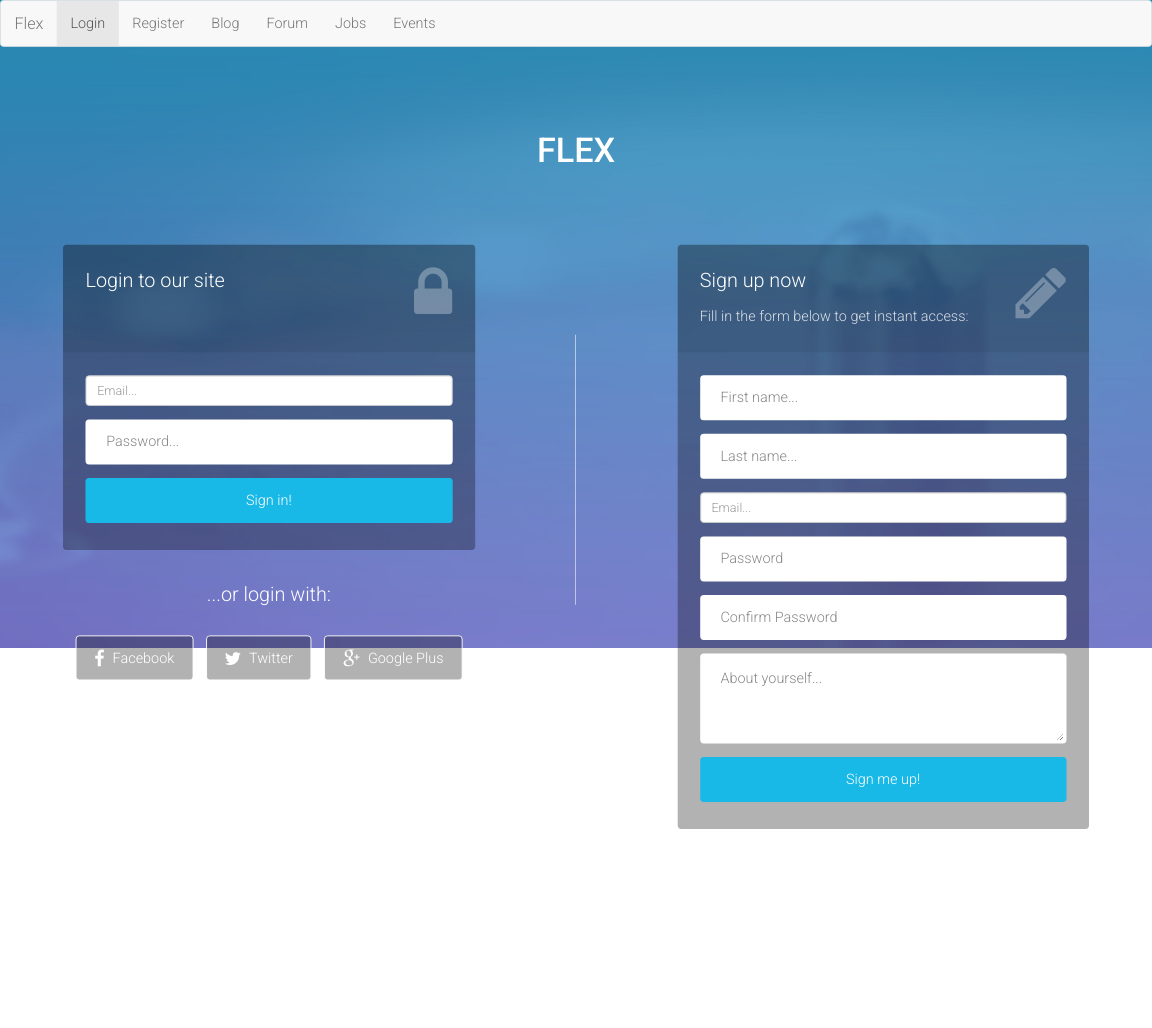
Repository: Angelamritha2012/Flex
Page: Collaboration/WebContent/index.html
These files come from the project's save history. The page is drawn as it stood at one moment and after the next save; the edit follows.
The browser window is 1280 px wide. The pictures show the whole page, at 90% of full size.
Some web libraries are served in a nearby version.

Above is the page before, as saved 2017-11-30 11:40:31.

### Collaboration/WebContent/index.html
<!DOCTYPE html>
<html ng-app="">

    <head>
   <!--  <link rel="stylesheet" href="https://cdnjs.cloudflare.com/ajax/libs/materialize/0.100.2/css/materialize.min.css">

  Compiled and minified JavaScript

   <script src="https://cdnjs.cloudflare.com/ajax/libs/materialize/0.100.2/js/materialize.min.js"></script>
            -->
      <script src = "http://ajax.googleapis.com/ajax/libs/angularjs/1.3.14/angular.min.js"></script>

        <meta charset="utf-8">
        <meta http-equiv="X-UA-Compatible" content="IE=edge">
        <meta name="viewport" content="width=device-width, initial-scale=1">
        <title>FLEX</title>

        <!-- CSS -->
        <link rel="stylesheet" href="http://fonts.googleapis.com/css?family=Roboto:400,100,300,500">
        <link rel="stylesheet" href="assets/bootstrap/css/bootstrap.min.css">
        <link rel="stylesheet" href="assets/font-awesome/css/font-awesome.min.css">
		<link rel="stylesheet" href="assets/css/form-elements.css">
        <link rel="stylesheet" href="assets/css/style.css">

        <!-- HTML5 Shim and Respond.js IE8 support of HTML5 elements and media queries -->
        <!-- WARNING: Respond.js doesn't work if you view the page via file:// -->
        <!--[if lt IE 9]>
            <script src="https://oss.maxcdn.com/libs/html5shiv/3.7.0/html5shiv.js"></script>
            <script src="https://oss.maxcdn.com/libs/respond.js/1.4.2/respond.min.js"></script>
        <![endif]-->

        <!-- Favicon and touch icons -->
        <link rel="shortcut icon" href="assets/ico/favicon.png">
        <link rel="apple-touch-icon-precomposed" sizes="144x144" href="assets/ico/apple-touch-icon-144-precomposed.png">
        <link rel="apple-touch-icon-precomposed" sizes="114x114" href="assets/ico/apple-touch-icon-114-precomposed.png">
        <link rel="apple-touch-icon-precomposed" sizes="72x72" href="assets/ico/apple-touch-icon-72-precomposed.png">
        <link rel="apple-touch-icon-precomposed" href="assets/ico/apple-touch-icon-57-precomposed.png">

    </head>

    <body>

<nav class="navbar navbar-default">
  <div class="container-fluid">
    <div class="navbar-header">
      <a class="navbar-brand" href="#">Flex</a>
    </div>
    <ul class="nav navbar-nav">
      <li class="active"><a href="#">Login</a></li>
      <li><a href="#">Register</a></li>
      <li><a href="blog.html">Blog</a></li>
      <li><a href="forum.html">Forum</a></li>
	        <li><a href="job.html">Jobs</a></li>
	        <li><a href="event.html">Events</a></li>

    </ul>
  </div>
</nav>

        <!-- Top content -->
        <div class="top-content">

            <div class="inner-bg">
                <div class="container">

                    <div class="row">
                        <div class="col-sm-8 col-sm-offset-2 text">
                            <h1><strong>FLEX</strong></h1>

                        </div>
                    </div>

                    <div class="row">
                        <div class="col-sm-5">

                        	<div class="form-box">
	                        	<div class="form-top">
	                        		<div class="form-top-left">
	                        			<h3>Login to our site</h3>
	                        		</div>
	                        		<div class="form-top-right">
	                        			<i class="fa fa-lock"></i>
	                        		</div>
	                            </div>
	                            <div class="form-bottom">
	                            <form  ng-app="myApp" ng-submit="submitForm()" name="myForm" novalidate>

				                    <div class="form-group" ng-class="{ 'has-error' : myForm.email.$invalid && !myForm.email.$pristine }">
				             <label class="sr-only" for="form-email">Email</label>
				                        	<input type="email" name="email" placeholder="Email..." class="form-email form-control" id="form-email" ng-model="email" required>
				                       <span style="color:white" ng-show="myForm.email.$dirty && myForm.email.$invalid">
  <span ng-show="myForm.email.$error.required">Email is required.</span>
  <span ng-show="myForm.email.$error.email">Invalid email address.</span>
  </span>
				                        </div>



				                        <div class="form-group">
				                        	<label class="sr-only" for="form-password">Password</label>
				                        	<input type="password" name="form-password" placeholder="Password..." class="form-password form-control" id="form-password">
				                        </div>
				                        <button type="submit" class="btn">Sign in!</button>
				                    </form>
			                    </div>
		                    </div>

		                	<div class="social-login">
	                        	<h3>...or login with:</h3>
	                        	<div class="social-login-buttons">
		                        	<a class="btn btn-link-2" href="#">
		                        		<i class="fa fa-facebook"></i> Facebook
		                        	</a>
		                        	<a class="btn btn-link-2" href="#">
		                        		<i class="fa fa-twitter"></i> Twitter
		                        	</a>
		                        	<a class="btn btn-link-2" href="#">
		                        		<i class="fa fa-google-plus"></i> Google Plus
		                        	</a>
	                        	</div>
	                        </div>

                        </div>
                        <div class="col-sm-1 middle-border"></div>
                        <div class="col-sm-1"></div>

                        <div class="col-sm-5">

                        	<div class="form-box">
                        		<div class="form-top">
	                        		<div class="form-top-left">
	                        			<h3>Sign up now</h3>
	                            		<p>Fill in the form below to get instant access:</p>
	                        		</div>
	                        		<div class="form-top-right">
	                        			<i class="fa fa-pencil"></i>
	                        		</div>
	                            </div>
	                            <div class="form-bottom">

<form name="userForm" ng-submit="submitForm()" novalidate>
				                    	<!-- <div class="form-group">
				                    		<!-- <label class="sr-only" for="form-first-name">First name</label>
				                        	<input type="text" name="first-name" placeholder="First name..." class="form-first-name form-control" id="form-first-name" ng-model = "firstName" required>
				                        	  <span style="color:red" ng-show="myForm.firstname.$dirty && myForm.firstname.$invalid">
  <span ng-show="myForm.firstname.$error.required">firstname is required.</span>
  </span>
				                       <input name = "firstname" type = "text" ng-model = "firstName" required>
                     <span style = "color:red" ng-show = "studentForm.firstname.$dirty && studentForm.firstname.$invalid">
                        <span ng-show = "Form.firstname.$error.required">First Name is required.</span>
                     </span>
				                        </div>
				                        <label>First Name:</label>
<input type="text" name="FirstName" ng-model="firstName" required />
<div ng-messages="myForm.firstName.$error">
  <div ng-message="required">This field is required</div>
</div>
				                        </div>
				                         -->
				                         <div class="form-group" ng-class="{ 'has-error' : userForm.name.$invalid && !userForm.name.$pristine }">
				                        	<label class="sr-only" for="form-firstname">First name</label>

            <input type="text" name="name" class="form-control" placeholder="First name..."ng-model="user.name" required>

            <p style="color:white" ng-show="userForm.name.$invalid && !userForm.name.$pristine" class="help-block">You first name is required.</p>
        </div>

				                       <div class="form-group" ng-class="{ 'has-error' : userForm.name.$invalid && !userForm.name.$pristine }">
				                        	<label class="sr-only" for="form-lastname">Last name</label>

            <input type="text" name="lastname" class="form-control" placeholder="Last name..."ng-model="user.lastname" required>

            <p style="color:white" ng-show="userForm.lastname.$invalid && !userForm.lastname.$pristine" class="help-block">You last name is required.</p>
        </div>
				                         <div class="form-group" ng-class="{ 'has-error' : userForm.email.$invalid && !userForm.email.$pristine }">
				                        	<label class="sr-only" for="form-email">Email</label>

            <input type="email" name="email" class="form-control" placeholder="Email..." ng-model="user.email" required >
              <span style="color:white" ng-show="userForm.email.$dirty && userForm.email.$invalid">

<span ng-show="userForm.email.$error.required">Email is required.</span>
  <span ng-show="userForm.email.$error.email">Invalid email address.</span>
  </span>
        </div>

										 <!-- <div class="form-group">
				                        	<label class="sr-only" for="password">PassWord</label>
				                        	<input type="text" name="form-password" placeholder="Password" class="form-password form-control" id="form-password">
				                        </div>

										<div class="form-group">
				                        	<label class="sr-only" for="confirm password">Confirm PassWord</label>
				                        	<input type="text" name="form-confirm-password" placeholder="Confirm Password" class="form-confirm-password form-control" id="form-confirm-password">
				                        </div> -->
				                         <div class="form-group">
        <input name="password" type="password" class="form-control" placeholder="Password" ng-model="formData.password" ng-pattern="/(?=.*[a-z])(?=.*[A-Z])(?=.*[^a-zA-Z])/" required />
        <span style="color:white" ng-show="!userForm.password.$error.required &&  userForm.password.$error.pattern && userForm.password.$dirty">Must contain one lower &amp; uppercase letter, and one non-alpha character (a number or a symbol.)</span>
      </div>
      <div class="form-group">
        <input name="confirm_password" type="password" class="form-control" placeholder="Confirm Password" ng-model="formData.confirmPassword" ng-pattern="formData.password" required />
        <span style="color:white" ng-show="formData.password != formData.confirmPassword">Your passwords must match.</span>
      </div>
      <div>


				                        <div class="form-group">
				                        	<label class="sr-only" for="form-about-yourself">About yourself</label>
				                        	<textarea name="form-about-yourself" placeholder="About yourself..."
				                        				class="form-about-yourself form-control" id="form-about-yourself"></textarea>
				                        </div>
				                        <button type="submit" class="btn" ng-disabled="formData.password != formData.confirmPassword" ng-click="createUser()">Sign me up!</button>
				                    </form>

			                    </div>
                        	</div>

                        </div>
                    </div>

                </div>
            </div>

        </div>

        <!-- Footer -->
        <footer>
        	<div class="container">
        		<div class="row">

        			<div class="col-sm-8 col-sm-offset-2">
        				<div class="footer-border"></div>
        				<p>Made by Flex at <a href="http://azmind.com" target="_blank"><strong>FLEX</strong></a>
        					having a lot of fun. <i class="fa fa-smile-o"></i></p>
        			</div>

        		</div>
        	</div>
        </footer>

        <!-- Javascript -->
        <script src="assets/js/jquery-1.11.1.min.js"></script>
        <script src="assets/bootstrap/js/bootstrap.min.js"></script>
        <script src="assets/js/jquery.backstretch.min.js"></script>
        <script src="assets/js/scripts.js"></script>

        <!--[if lt IE 10]>
            <script src="assets/js/placeholder.js"></script>
        <![endif]-->

</body>
</html>

### Collaboration/WebContent/assets/css/form-elements.css

input[type="text"],
input[type="password"],
textarea,
textarea.form-control {
	height: 50px;
    margin: 0;
    padding: 0 20px;
    vertical-align: middle;
    background: #fff;
    border: 3px solid #fff;
    font-family: 'Roboto', sans-serif;
    font-size: 16px;
    font-weight: 300;
    line-height: 50px;
    color: #888;
    -moz-border-radius: 4px; -webkit-border-radius: 4px; border-radius: 4px;
    -moz-box-shadow: none; -webkit-box-shadow: none; box-shadow: none;
    -o-transition: all .3s; -moz-transition: all .3s; -webkit-transition: all .3s; -ms-transition: all .3s; transition: all .3s;
}

textarea,
textarea.form-control {
	padding-top: 10px;
	padding-bottom: 10px;
	line-height: 30px;
}

input[type="text"]:focus,
input[type="password"]:focus,
textarea:focus,
textarea.form-control:focus {
	outline: 0;
	background: #fff;
    border: 3px solid #fff;
    -moz-box-shadow: none; -webkit-box-shadow: none; box-shadow: none;
}

input[type="text"]:-moz-placeholder, input[type="password"]:-moz-placeholder,
textarea:-moz-placeholder, textarea.form-control:-moz-placeholder { color: #888; }

input[type="text"]:-ms-input-placeholder, input[type="password"]:-ms-input-placeholder,
textarea:-ms-input-placeholder, textarea.form-control:-ms-input-placeholder { color: #888; }

input[type="text"]::-webkit-input-placeholder, input[type="password"]::-webkit-input-placeholder,
textarea::-webkit-input-placeholder, textarea.form-control::-webkit-input-placeholder { color: #888; }



button.btn {
	height: 50px;
    margin: 0;
    padding: 0 20px;
    vertical-align: middle;
    background: #19b9e7;
    border: 0;
    font-family: 'Roboto', sans-serif;
    font-size: 16px;
    font-weight: 300;
    line-height: 50px;
    color: #fff;
    -moz-border-radius: 4px; -webkit-border-radius: 4px; border-radius: 4px;
    text-shadow: none;
    -moz-box-shadow: none; -webkit-box-shadow: none; box-shadow: none;
    -o-transition: all .3s; -moz-transition: all .3s; -webkit-transition: all .3s; -ms-transition: all .3s; transition: all .3s;
}

button.btn:hover { opacity: 0.6; color: #fff; }

button.btn:active { outline: 0; opacity: 0.6; color: #fff; -moz-box-shadow: none; -webkit-box-shadow: none; box-shadow: none; }

button.btn:focus { outline: 0; opacity: 0.6; background: #19b9e7; color: #fff; }

button.btn:active:focus, button.btn.active:focus { outline: 0; opacity: 0.6; background: #19b9e7; color: #fff; }

Loaded but not shown: Collaboration/WebContent/assets/bootstrap/css/bootstrap.min.css (library); Collaboration/WebContent/assets/font-awesome/css/font-awesome.min.css (library); Collaboration/WebContent/assets/js/jquery-1.11.1.min.js (library); Collaboration/WebContent/assets/bootstrap/js/bootstrap.min.js (library); Collaboration/WebContent/assets/js/jquery.backstretch.min.js (library); Collaboration/WebContent/assets/js/scripts.js (52 lines, source omitted); Collaboration/WebContent/assets/css/style.css (402 lines, source omitted)

After the next save:
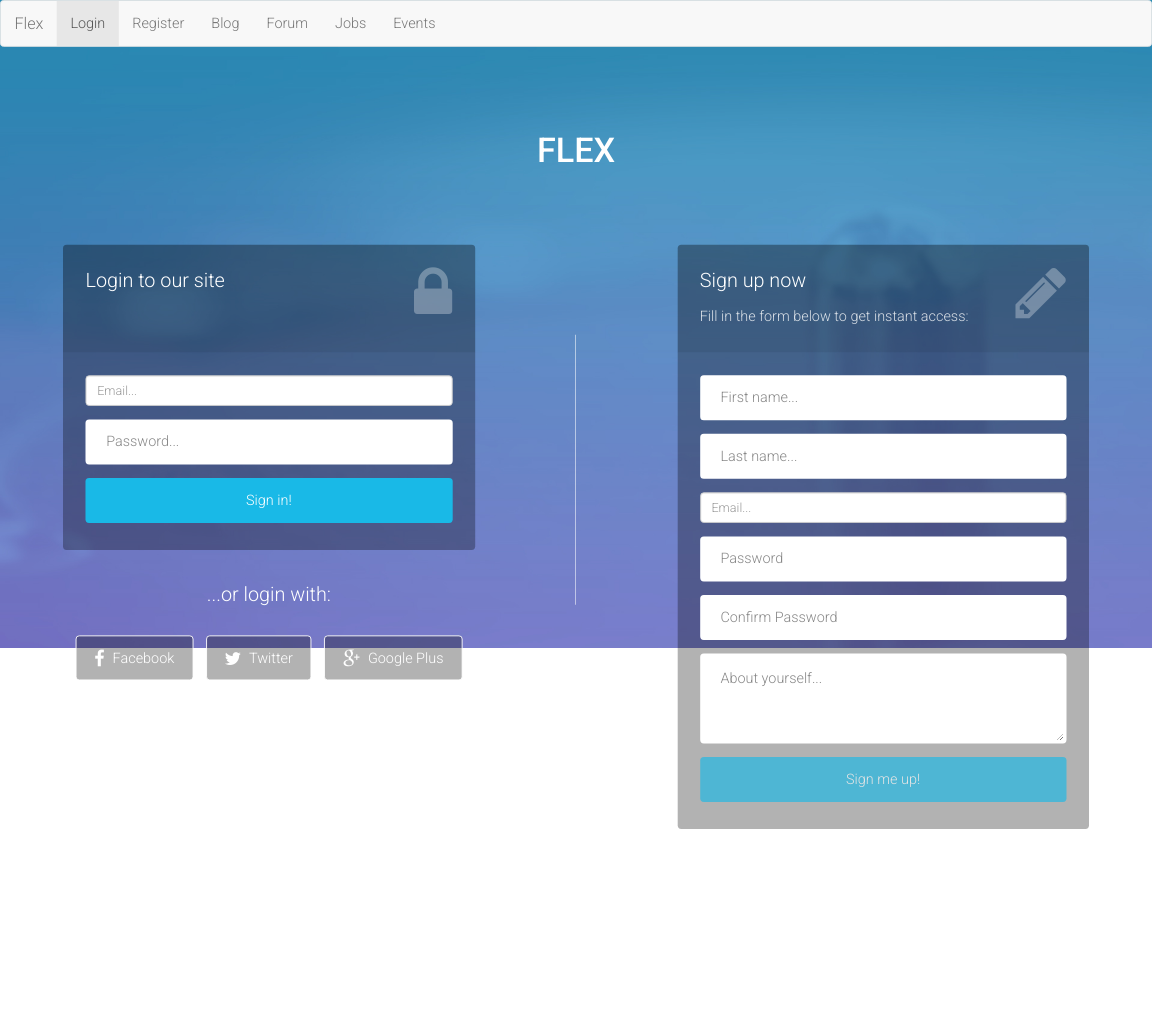
Saved 5 min 21 s later.
--- a/Collaboration/WebContent/index.html
+++ b/Collaboration/WebContent/index.html
@@ -208,7 +208,7 @@
 				                        	<textarea name="form-about-yourself" placeholder="About yourself..."
 				                        				class="form-about-yourself form-control" id="form-about-yourself"></textarea>
 				                        </div>
-				                        <button type="submit" class="btn" ng-disabled="formData.password != formData.confirmPassword" ng-click="createUser()">Sign me up!</button>
+				                        <button type="submit" class="btn" ng-disabled="formData.password != formData.confirmPassword != formData.firstname != formData.email" ng-click="createUser()">Sign me up!</button>
 				                    </form>
 
 			                    </div>

After the save that followed:
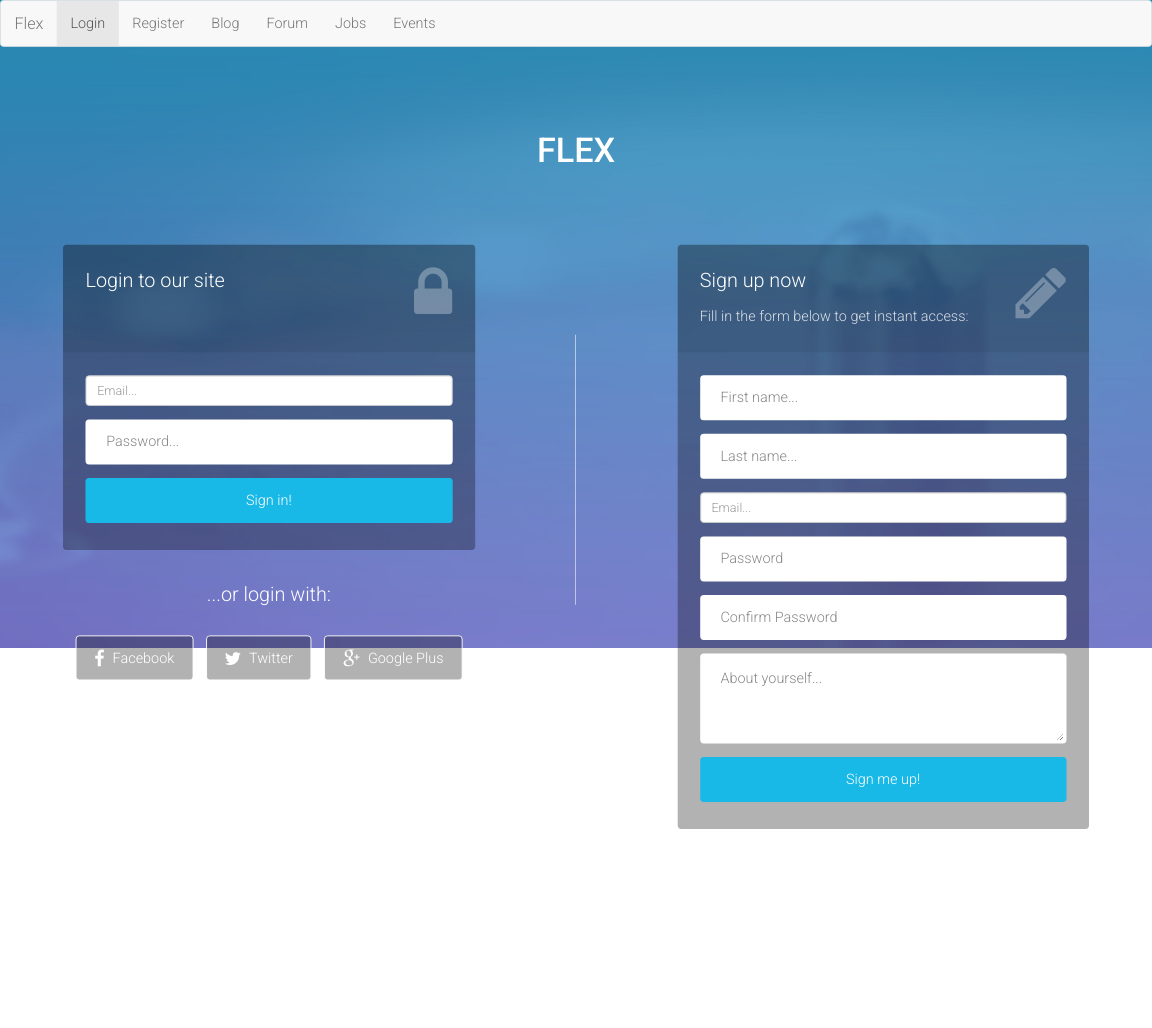
Saved 38 s later.
--- a/Collaboration/WebContent/index.html
+++ b/Collaboration/WebContent/index.html
@@ -208,7 +208,7 @@
 				                        	<textarea name="form-about-yourself" placeholder="About yourself..."
 				                        				class="form-about-yourself form-control" id="form-about-yourself"></textarea>
 				                        </div>
-				                        <button type="submit" class="btn" ng-disabled="formData.password != formData.confirmPassword != formData.firstname != formData.email" ng-click="createUser()">Sign me up!</button>
+				                        <button type="submit" class="btn" ng-disabled="formData.password != formData.confirmPassword " ng-click="createUser()">Sign me up!</button>
 				                    </form>
 
 			                    </div>
